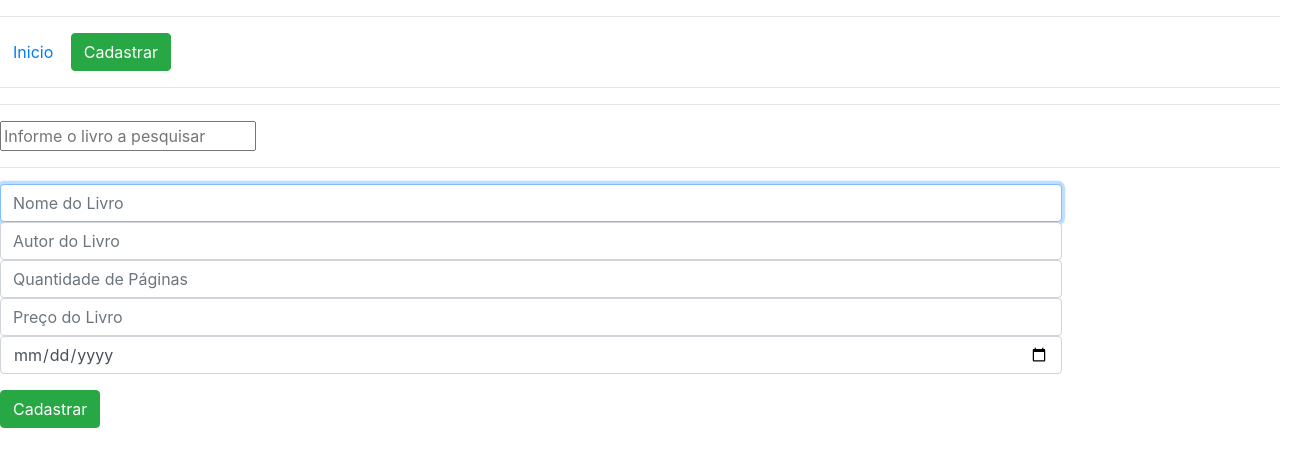
Repository: zz4fff/CRUD-MVC-PHP
Page: http://localhost/view/cadastro.php
The author's editor kept a copy of each file at every save. The page is drawn from the files as they stood at one save, then again after the next save.
The browser window is 1280 px wide. The page is 1295 px wide, so the pictures cover 1295 px, including what lies to the right of the window. The pictures show the whole page.
The page is run by PHP 8.4 with error messages shown; the project is at /var/www/html/.

Above is the page before, as saved 2025-01-31 08:02:48.

After the next save:
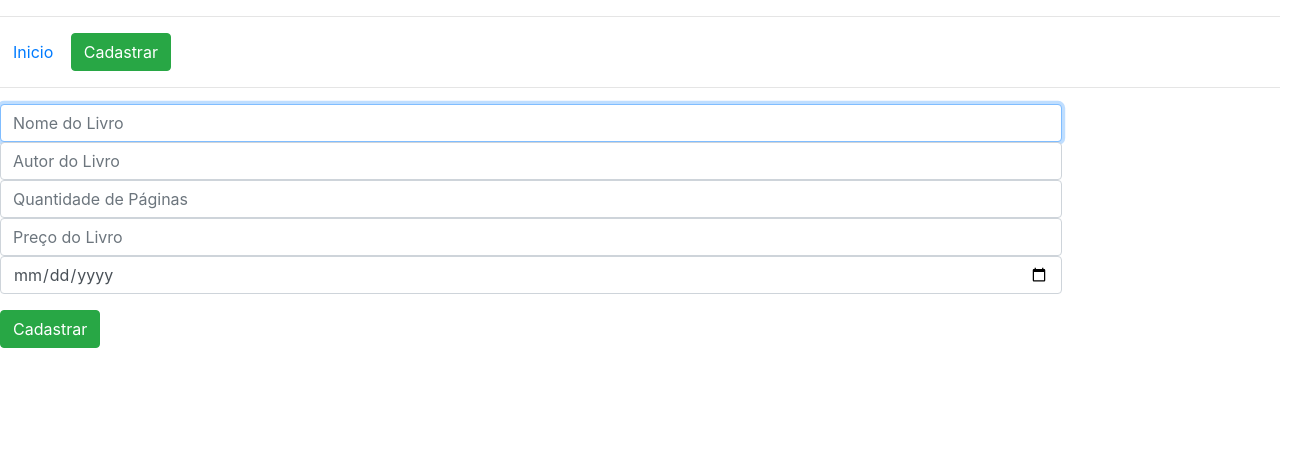
Saved 9 min 29 s later.
--- a/view/menu.php
+++ b/view/menu.php
@@ -2,15 +2,3 @@
   <a href="index.php" class="btn btn-default">Inicio</a>
   <a href="cadastro.php" class="btn btn-success">Cadastrar</a>
 <hr>
-
-<hr>
-  <input id="pesquisarParte" type="text" class="input" placeholder="Informe o livro a pesquisar" onkeypress="pesquisarParte();">
-<hr>
-
-<script language="javascript" type="text/javascript">
-    function formatarMoeda() {
-      var elemento = document.getElementById('pesquisarParte');
-      var valor = elemento.value;
-
-    }
-</script>

After the 2 saves that followed:
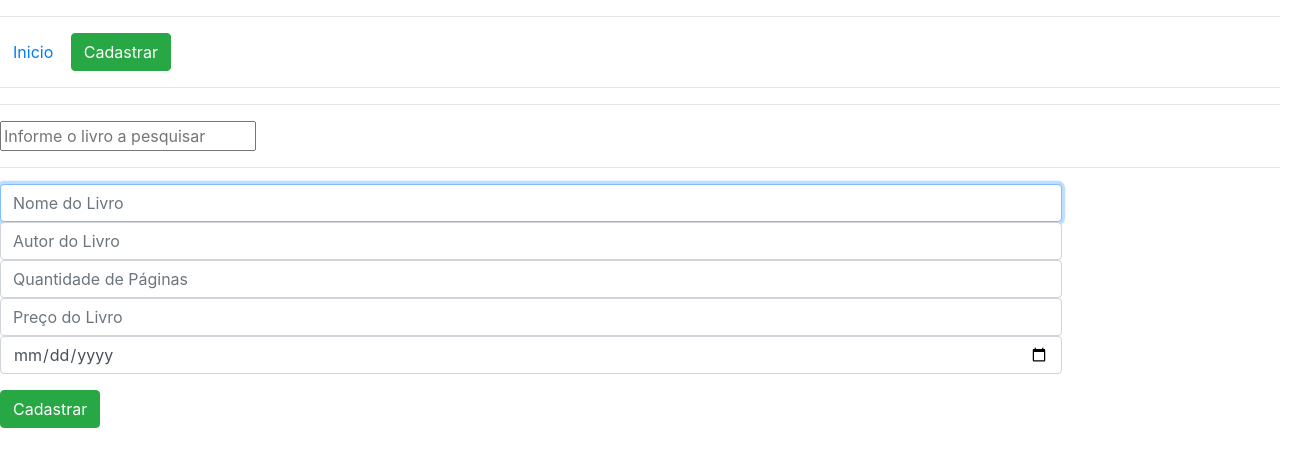
The 2 saves are shown as one change because 1 left the picture as it was.
The last was saved 41 s later.
--- a/view/menu.php
+++ b/view/menu.php
@@ -2,3 +2,15 @@
   <a href="index.php" class="btn btn-default">Inicio</a>
   <a href="cadastro.php" class="btn btn-success">Cadastrar</a>
 <hr>
+
+<hr>
+  <input id="pesquisarParte" type="text" class="input" placeholder="Informe o livro a pesquisar" onkeypress="pesquisarParte();">
+<hr>
+
+<script language="javascript" type="text/javascript">
+    function formatarMoeda() {
+      var elemento = document.getElementById('pesquisarParte');
+      var valor = elemento.value;
+
+    }
+</script>
